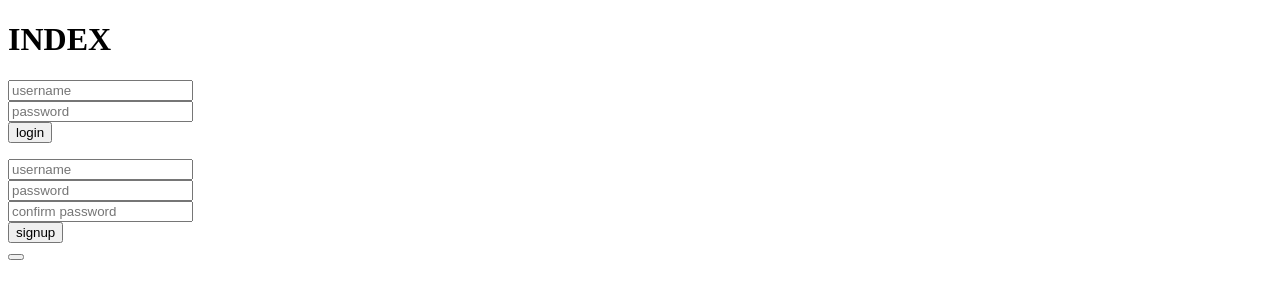
Repository: kkane106/simplified-ng-security
Page: SimpleNgSecurity/WebContent/static/app_client/index.html
The author's editor kept a copy of each file at every save. The page is drawn from the files as they stood at one save, then again after the next save.
The browser window is 1280 px wide. The pictures show the whole page.

Above is the page before, as saved 2016-08-26 15:10:37.

### SimpleNgSecurity/WebContent/static/app_client/index.html
<!DOCTYPE html>
<html ng-app="applicationModule">
<head>
  <title>Index</title>
  <script src="static/app_client/lib/angular.min.js"></script>
  <script src="static/app_client/lib/angular-route.min.js"></script>
  <script src="static/app_client/ng/modules/app.js"></script>
  <script src="static/app_client/ng/components/loginComponent.js"></script>
  <script src="static/app_client/ng/components/signupComponent.js"></script>
  <script src="static/app_client/ng/components/testJwtComponent.js"></script>
</head>
<body>
<h1>INDEX</h1>
<login-component></login-component>
<p></p>
<signup-component></signup-component>
<test-jwt></test-jwt>
</body>
</html>

### SimpleNgSecurity/WebContent/static/app_client/ng/modules/app.js
angular.module('applicationModule',[]);

### SimpleNgSecurity/WebContent/static/app_client/ng/components/loginComponent.js
var app = angular.module('applicationModule');

app.component('loginComponent', {
  controller : function($http,$window) {
	  var vm = this;

	  vm.user = {};

	  vm.login = function(user) {
	    console.log(user);
	    $http({
	      method : 'POST',
	      url : 'auth/login',
	      headers : {
	        'Content-Type' : 'application/json'
	      },
	      data : user
	    }).then(function(data) {
	    	console.log(data);
	    	$window.localStorage["todo-token"] = data.data.jwt;
	    }, function(err) {
	    	console.log(err.data.message);
	    })
	  }
	},
  controllerAs : "ctrl",
  template : function($element, $attrs) {
    return `
      <div>
        <form name="loginForm" novalidate>
          <input type="text" ng-model="ctrl.user.username" placeholder="username" /><br />
          <input type="text" ng-model="ctrl.user.password" placeholder="password" /><br />
          <input type="button" ng-click="ctrl.login(ctrl.user)" value="login" />
        </form>
      </div>
    `
  }
})

### SimpleNgSecurity/WebContent/static/app_client/ng/components/signupComponent.js
var app = angular.module('applicationModule');

app.component('signupComponent', {
  controller : function($http,$window) {
	  var vm = this;

	  vm.user = {};
	  vm.confirmPassword = "";

	  vm.signup = function(user) {
	    console.log(user);
	    if (user.password === vm.confirmPassword) {
	      $http({
	        method : 'POST',
	        url : 'auth/signup',
	        headers : {
	          'Content-Type' : 'application/json'
	        },
	        data : user
	      }).then(function(data){
	    	  console.log(data);
	    	  $window.localStorage['todo-token'] = data.data.jwt;
	      }, function(err){
	    	  console.log(err);
	      })
	    } else {
	      console.log("passwords do not match");
	    }
	  }
	},
  controllerAs : "ctrl",
  template : function($element, $attrs) {
    return `
      <div>
        <form name="signupForm" novalidate>
          <input type="text" ng-model="ctrl.user.username" placeholder="username" /><br />
          <input type="text" ng-model="ctrl.user.password" placeholder="password" /><br />
          <input type="text" ng-model="ctrl.confirmPassword" placeholder="confirm password" /><br />
          <input type="button" ng-click="ctrl.signup(ctrl.user)" value="signup"/>
        </form>
      </div>
    `
  }
})

### SimpleNgSecurity/WebContent/static/app_client/ng/components/testJwtComponent.js
var app = angular.module('applicationModule');

var testController = function() {
	var vm = this;

	vm.isLoggedIn = function() {
		var token = $window.localStorage['todo-token'];

		if (token) {
			var payload = JSON.parse($window.atob(token.split('.')[1]));
			console.log(payload);
		}
	}

	vm.currentUser = function() {
		var token = $window.localStorage['todo-token'];
		var payload = JSON.parse($window.atob(token.split('.')[1]));
		console.log(payload);
		return payload;
	}
}

app.component('testJwt',{
	template:`
	<div>
		<button ng-click="ctrl.currentUser()"></button>
	</div>
	`,
	controller: testController,
	controllerAs: 'ctrl'
});

Loaded but not shown: SimpleNgSecurity/WebContent/static/app_client/lib/angular.min.js (library); SimpleNgSecurity/WebContent/static/app_client/lib/angular-route.min.js (library)

After the next save:
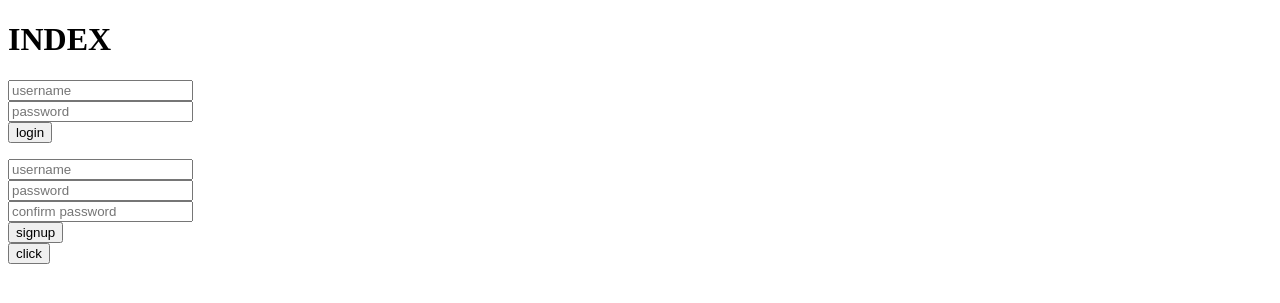
Saved 5 s later.
--- a/SimpleNgSecurity/WebContent/static/app_client/ng/components/testJwtComponent.js
+++ b/SimpleNgSecurity/WebContent/static/app_client/ng/components/testJwtComponent.js
@@ -23,7 +23,7 @@ var testController = function() {
 app.component('testJwt',{
 	template:`
 	<div>
-		<button ng-click="ctrl.currentUser()"></button>
+		<button ng-click="ctrl.currentUser()">click</button>
 	</div>
 	`,
 	controller: testController,
